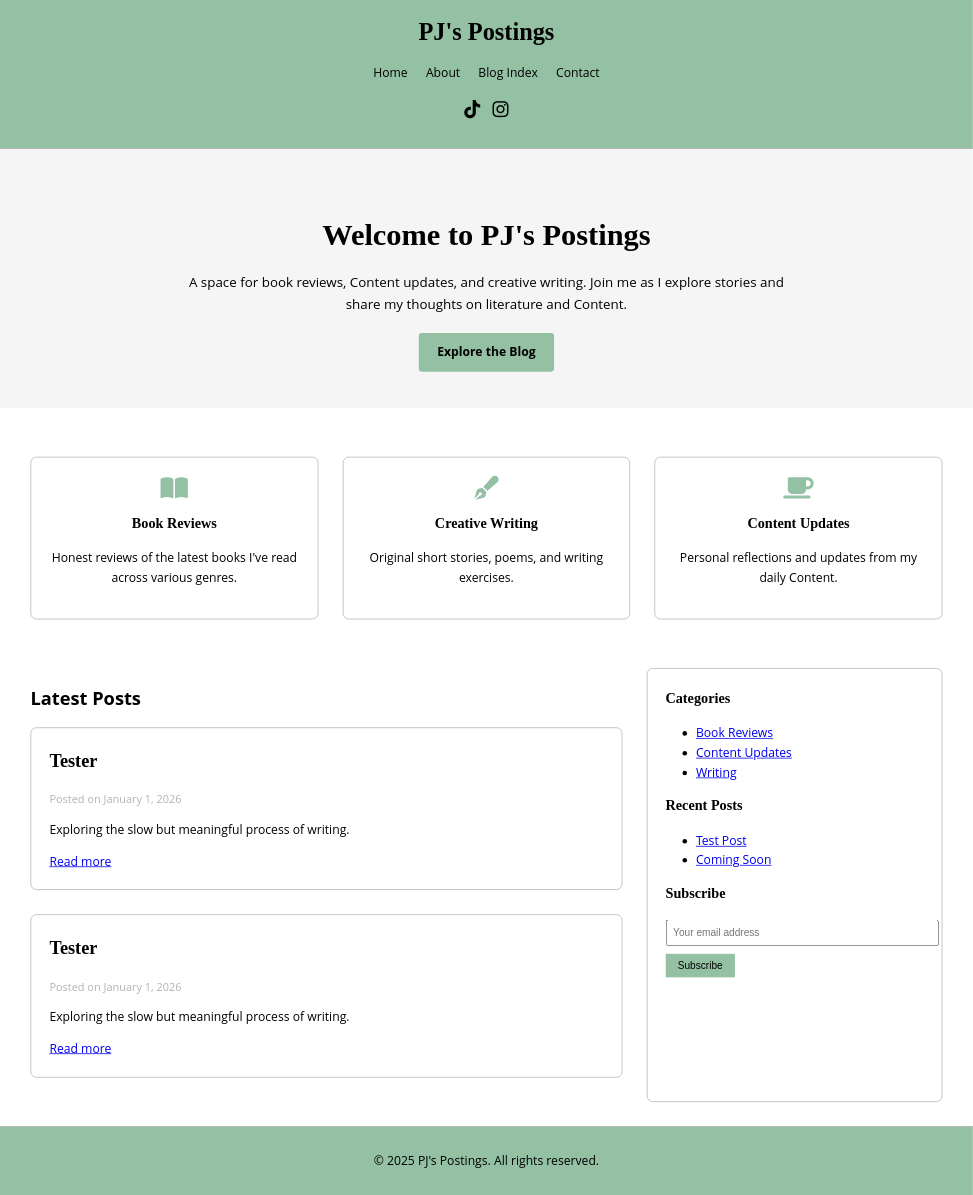
Repository: pjpatrick071/pjpatrick071.github.io
Page: index.html
An editor plug-in stored every save of this project. The page is shown before and after the next save, followed by the edit.
The browser window is 1280 px wide. The pictures show the whole page, at 76% of full size.
Some web fonts or font styles are not loaded; a fallback is used.

Above is the page before, as saved 2025-04-07 21:22:02.

After the next save:
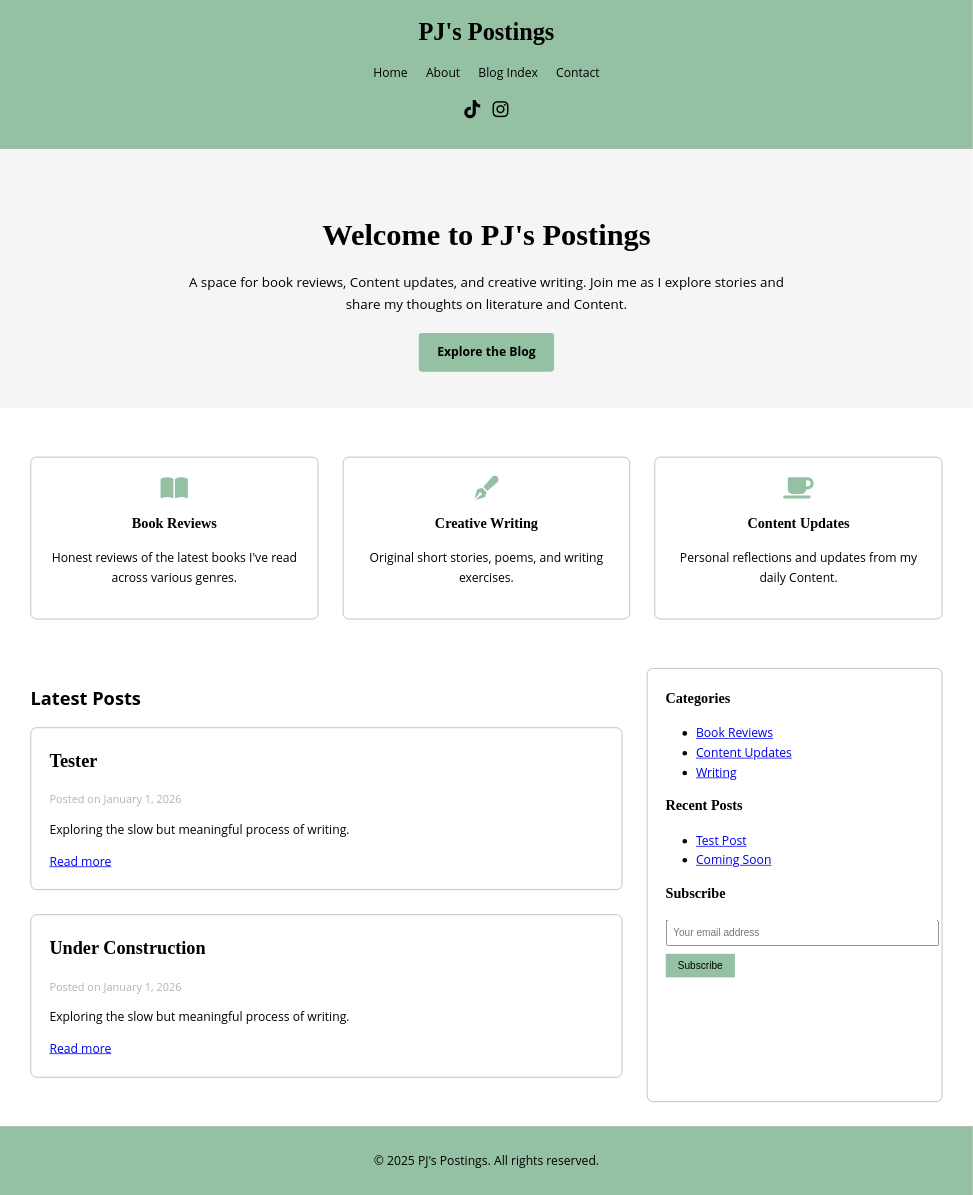
Saved 6 s later.
--- a/posts.json
+++ b/posts.json
@@ -9,7 +9,7 @@
         "requested": false
       },
       {
-        "title": "Tester",
+        "title": "Under Construction",
         "date": "2026-01-01",
         "url": "posts/tester.html",
         "excerpt": "Exploring the slow but meaningful process of writing.",
